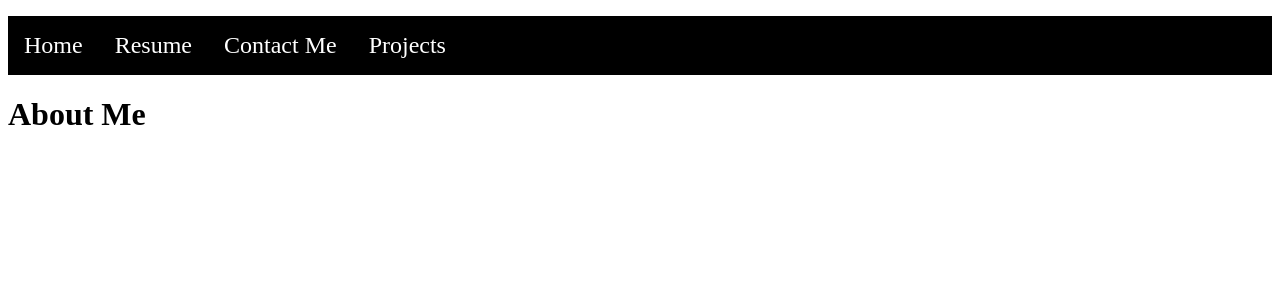
Repository: VidalLopez/VidalLopez.github.io
Page: about.html
The author's editor kept a record of every edit. The page is drawn from the files as they stood at one moment, then again after the next edit.
The browser window is 1280 px wide. The pictures show the whole page.

Above is the page before.

After the next edit:
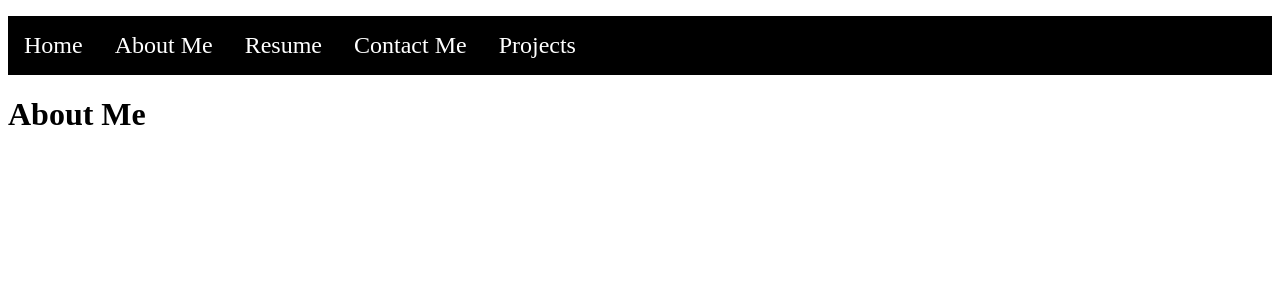
The edit:
--- a/about.html
+++ b/about.html
@@ -46,6 +46,7 @@
   <body>
     <ul class="navbar">
       <li><a href="index.html">Home</a></li>
+      <li><a href="about.html">About Me</a></li>
       <li><a href="resume.html">Resume</a></li>
       <li><a href="contactme.html">Contact Me</a></li>
       <li class = "dropdown">
